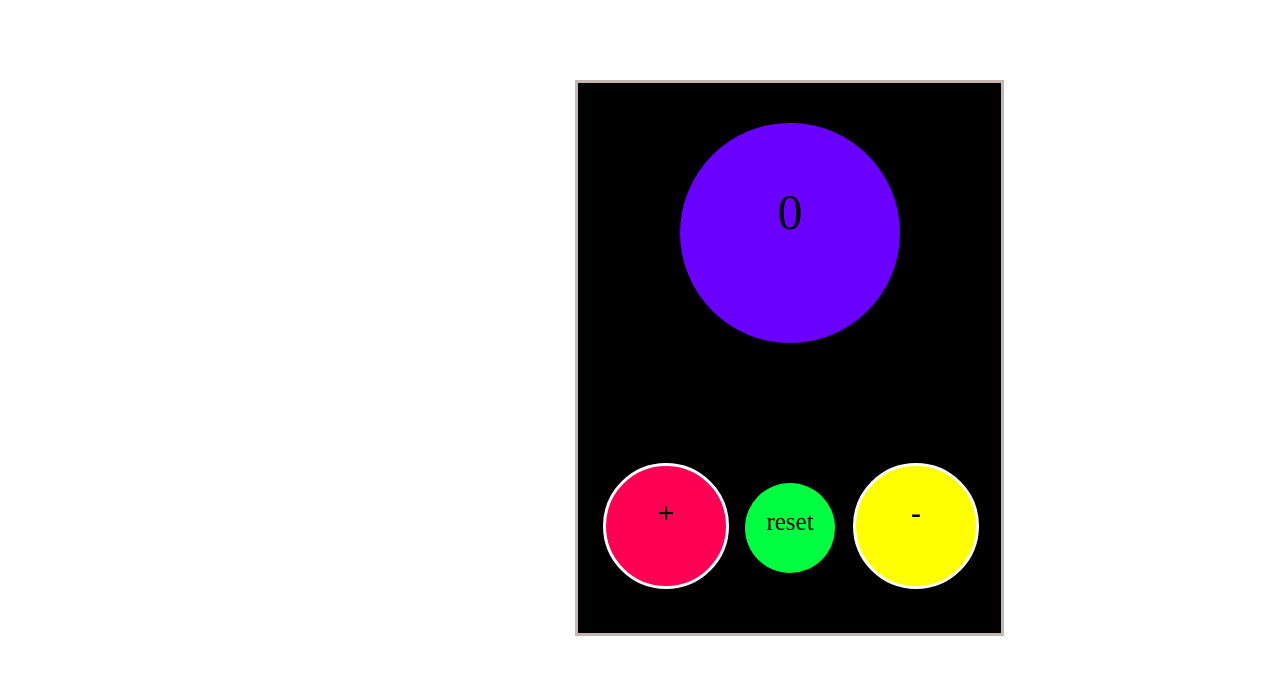
Repository: sara55m/Counter_App
Page: index.html
An editor plug-in stored every save of this project. The page is shown before and after the next save, followed by the edit.
The browser window is 1280 px wide. The pictures show the whole page.

Above is the page before, as saved 2024-07-31 17:57:10.

### index.html
<!DOCTYPE html>
<html lang="en">
<head>
    <meta charset="UTF-8">
    <meta name="viewport" content="width=device-width, initial-scale=1.0">
    <title>Document</title>
    <link rel="stylesheet" href="css/style.css">
</head>
<body>
    <div class="container">
        <div class="main" id="main"><p class="one" id="one"></p></div>
        <div class="increase" id="increase" onclick="increase()"><p class="first">+</p></div>
        <div class="decrease" id="decrease" onclick="decrease()"><p class="second">-</p></div>
        <div class="reset" onclick="reset_1()"><p class="third">reset</p></div>
    </div>
    <script src="js/script.js"></script>
</body>
</html>

### css/style.css
.container{
    position: absolute;
    top:80px;
    left:575px;
    height:550px;
    width:423px;
    background-color: black;
    border:3px solid #c7b6b6;
}
p.one{
    text-align: center;

}

.main{
    position:absolute;
    top:40px;
    left:102px;
    height:200px;
    width:200px;
    border-radius: 50%;
    background-color: rgb(106, 0, 255);
    text-align: center;
    font-size: 50px;
    padding:10px;

}

.increase{
    position:absolute;
    top:380px;
    left:25px;
    height:120px;
    width:120px;
    border-radius: 50%;
    background-color: rgb(255, 0, 85);
    border:3px solid white;
    font-weight: bolder;
}
p.first,p.second{
    font-size: 30px;
    text-align: center;
}

.decrease{
    position:absolute;
    top:380px;
    left:275px;
    height:120px;
    width:120px;
    border-radius: 50%;
    border:3px solid white;
    background-color:yellow;
    text-align: center;
    font-weight: bolder;
}

.reset{
    position:absolute;
    top:400px;
    left:167px;
    height:90px;
    width:90px;
    border-radius: 50%;
    background-color: rgb(0, 255, 64);

    font-size: 50px;
}

p.third{
    font-size: 25px;
    text-align: center;
}

### js/script.js
let count=0;
document.getElementById("one").innerHTML=count;
function increase(){
    count+=1;
    document.getElementById("one").innerHTML=count;
}

function reset_1(){
    count=0;
    document.getElementById("one").innerHTML=count;
}

count=0;
document.getElementById("one").innerHTML=count;
function decrease(){
    count-=1;
    document.getElementById("one").innerHTML=count;

}

After the next save:
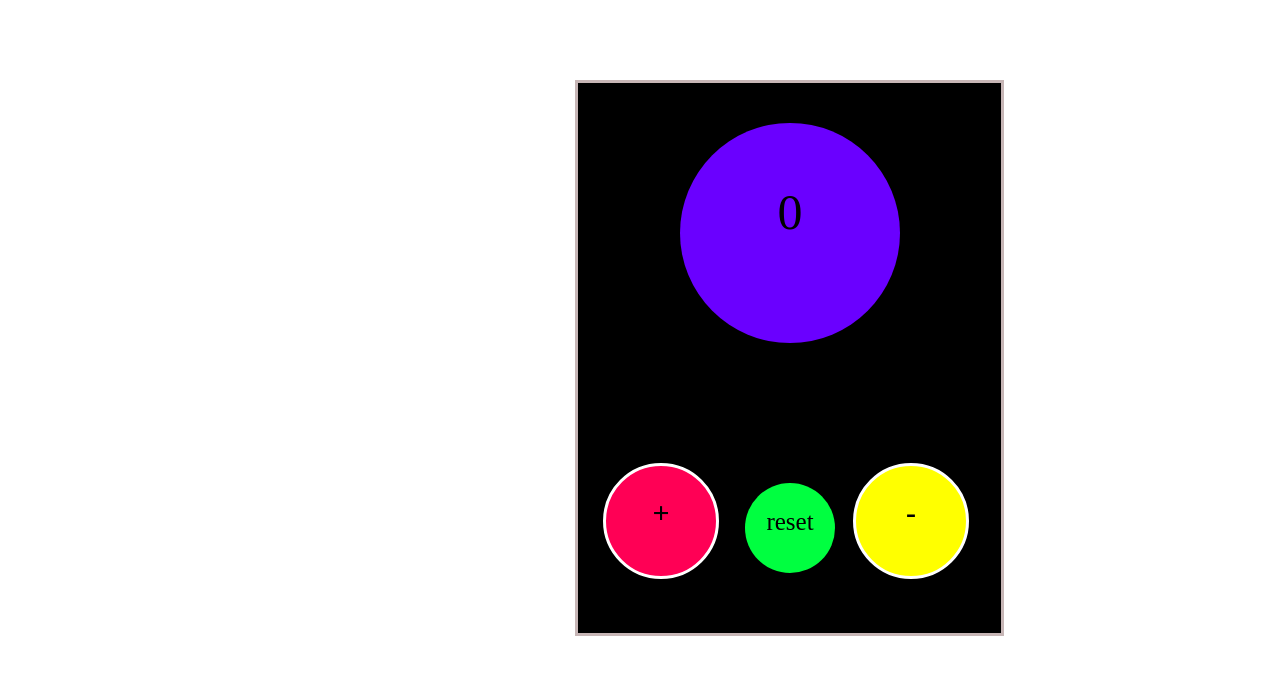
Saved 79 s later.
--- a/css/style.css
+++ b/css/style.css
@@ -30,8 +30,8 @@ p.one{
     position:absolute;
     top:380px;
     left:25px;
-    height:120px;
-    width:120px;
+    height:110px;
+    width:110px;
     border-radius: 50%;
     background-color: rgb(255, 0, 85);
     border:3px solid white;
@@ -46,8 +46,8 @@ p.first,p.second{
     position:absolute;
     top:380px;
     left:275px;
-    height:120px;
-    width:120px;
+    height:110px;
+    width:110px;
     border-radius: 50%;
     border:3px solid white;
     background-color:yellow;
